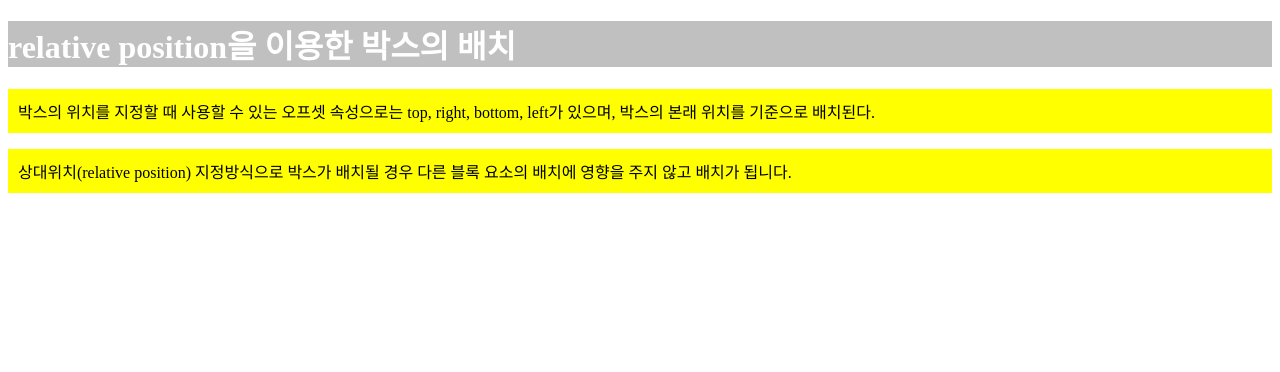
Repository: cussip/SuperHands
Page: WebExam/src/main/webapp/css/box_model/position_relative.html
An editor plug-in stored every save of this project. The page is shown before and after the next save, followed by the edit.
The browser window is 1280 px wide. The pictures show the whole page.

Above is the page before, as saved 2022-01-31 05:56:28.

After the next save:
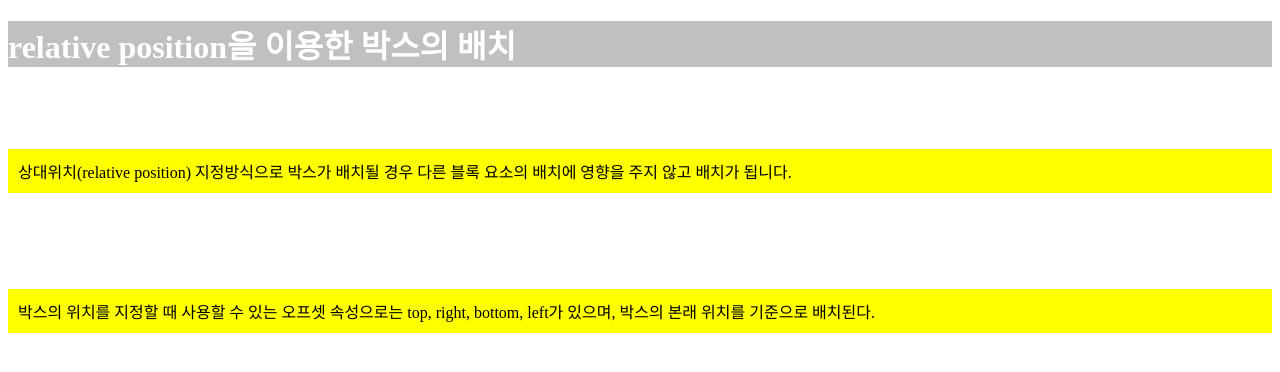
Saved 66 s later.
--- a/WebExam/src/main/webapp/css/box_model/position_relative.html
+++ b/WebExam/src/main/webapp/css/box_model/position_relative.html
@@ -11,6 +11,10 @@
 		p {
 			background: yellow;
 			padding: 10px;
+		}
+		.rel {
+			position: relative;
+			top: 200px;
 		}
 	</style>
 </head>
